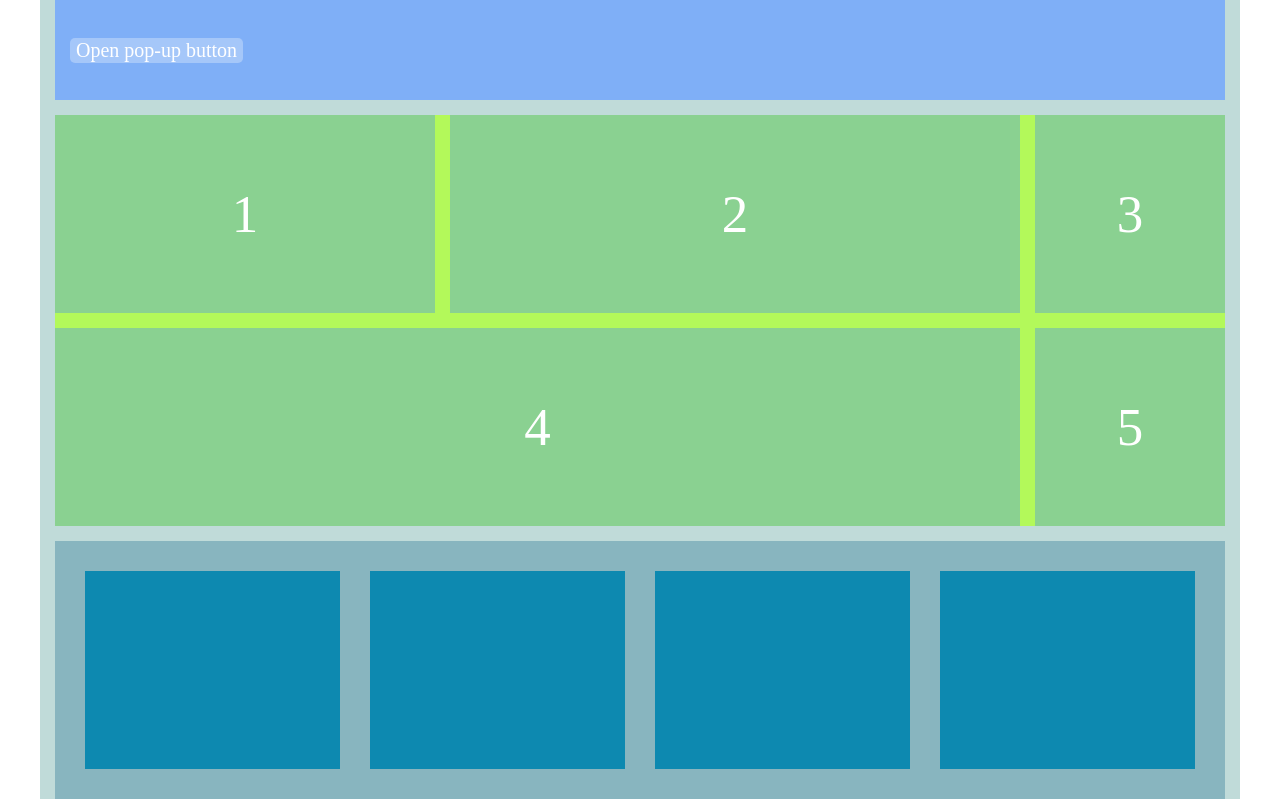
Repository: Evgenius190999999/nodasoft
Page: index.html
An editor plug-in stored every save of this project. The page is shown before and after the next save, followed by the edit.
The browser window is 1280 px wide. The pictures show the whole page.
Some web libraries are served in a nearby version. The style sheet was rebuilt from its Sass, Less or Tailwind sources for each picture, by a compiler version that may differ from the author's.

Above is the page before, as saved 2022-07-08 15:19:07.

### index.html
<!DOCTYPE html>
<html lang="en">

<head>
    <meta charset="UTF-8">
    <meta http-equiv="X-UA-Compatible" content="IE=edge">
    <meta name="viewport" content="width=device-width, initial-scale=1.0">
    <link rel="stylesheet" href="./style/normalize.css">
    <link rel="stylesheet" href="./style/reset.css">
    <link rel="stylesheet" href="./style/style.css">
    <script src="https://kit.fontawesome.com/33ab42410f.js" crossorigin="anonymous"></script>
    <title>Nodasoft</title>
</head>

<body>
    <div class="wrapper">
        <header class="header container">
            <button class="open__popup">Open pop-up button</button>
        </header>
        <div class="main__block container">
            <div class="div__1">1</div>
            <div class="div__2">2</div>
            <div class="div__3">3</div>
            <div class="div__4">4</div>
            <div class="div__5">5</div>
        </div>
        <div class="second__block container">
            <div class="div1"> </div>
            <div class="div2"> </div>
            <div class="div3"> </div>
            <div class="div4"> </div>
        </div>
    </div>

</body>

</html>

### style/sass/style.sass

*, *::after, *::before
    box-sizing: border-box

.wrapper
    max-width: 1200px
    margin: 0 auto
    background: #C0DBD9

.header
    display: flex
    align-items: center
    justify-content: flex-start
    padding: 0 15px
    background: #7FAFF7
    height: 100px

.container
    max-width: 1170px
    margin: 0 auto

.open__popup
    background: #A5C7F9
    border-radius: 5px
    border: none
    font-size: 20px
    line-height: 23px
    color: #FFFFFF
    cursor: pointer

.main__block
    display: grid
    grid-template-columns: 2fr 3fr 1fr
    grid-template-rows: repeat(2, 1fr)
    grid-column-gap: 15px
    grid-row-gap: 15px
    background: #B3F95A
    font-size: 53px
    color: #FFFFFF
    margin: 15px auto
    div
        height: 198px
        background: #8AD191
        display: flex
        align-items: center
        justify-content: center

.div__1
    grid-area: 1 / 1 / 2 / 2
.div__2
    grid-area: 1 / 2 / 2 / 3
.div__3
    grid-area: 1 / 3 / 2 / 4
.div__4
    grid-area: 2 / 1 / 3 / 3
.div__5
    grid-area: 2 / 3 / 3 / 4

.second__block
    display: flex
    background: #88B5BF
    div
        height: 198px
        background: #0D89B0
        margin: 30px 15px 30px 15px
        max-width: 255px
        width: 100%
        &:first-child
            margin-left: 30px
        &:last-child
            margin-right: 30px

Loaded but not shown: style/normalize.css (library); style/reset.css (common file)

After the next save:
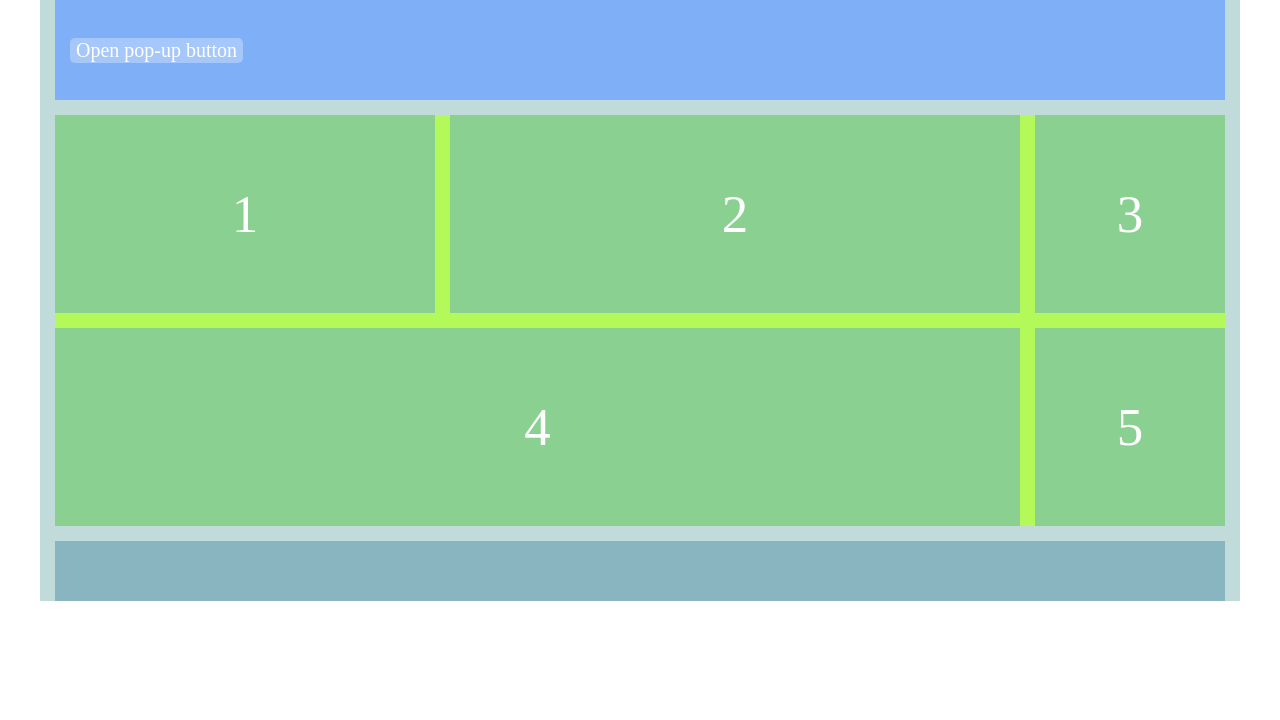
Saved 10 s later.
--- a/style/sass/style.sass
+++ b/style/sass/style.sass
@@ -60,7 +60,8 @@
     display: flex
     background: #88B5BF
     div
-        height: 198px
+        max-height: 198px
+        height: 100%
         background: #0D89B0
         margin: 30px 15px 30px 15px
         max-width: 255px

After the save that followed:
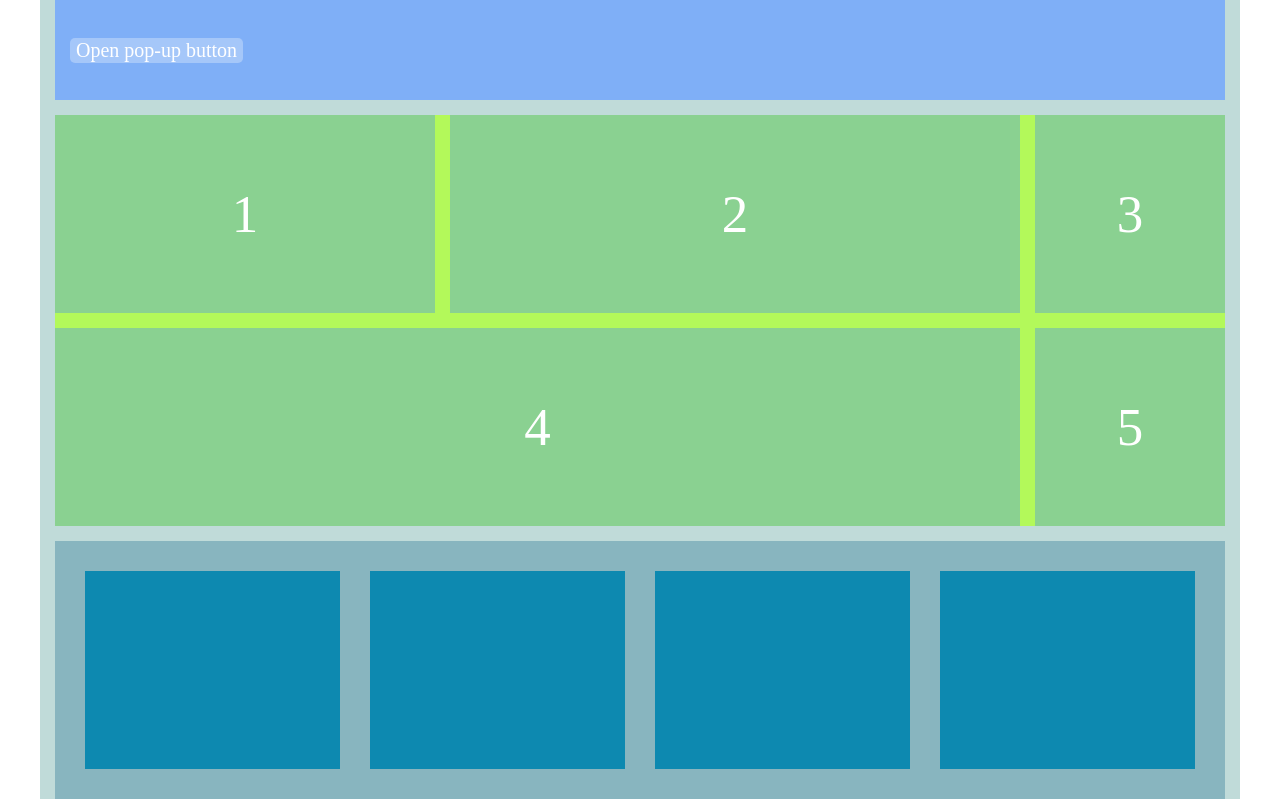
Saved 19 s later.
--- a/style/sass/style.sass
+++ b/style/sass/style.sass
@@ -60,8 +60,7 @@
     display: flex
     background: #88B5BF
     div
-        max-height: 198px
-        height: 100%
+        height: 198px
         background: #0D89B0
         margin: 30px 15px 30px 15px
         max-width: 255px
